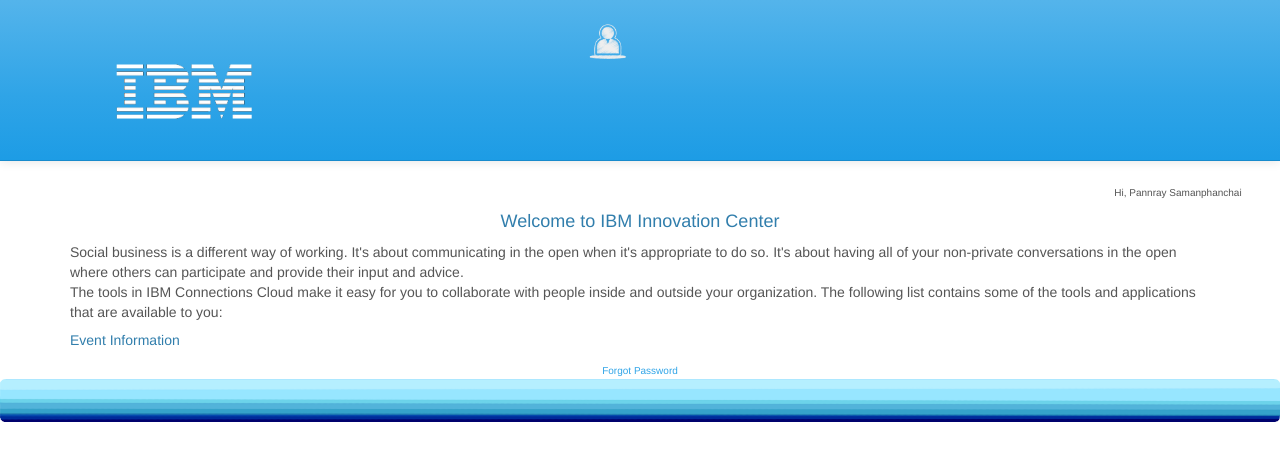
Repository: InnovationCenterOrg/InnovationCustomer
Page: http://localhost/InnovationCustomer/view/test.jsp
An editor plug-in stored every save of this project. The page is shown before and after the next save, followed by the edit.
The browser window is 1280 px wide. The pictures show the whole page.
Some web libraries are served in a nearby version. The page is served by Tomcat 9.

Above is the page before, as saved 2016-03-03 04:27:49.

After the next save:
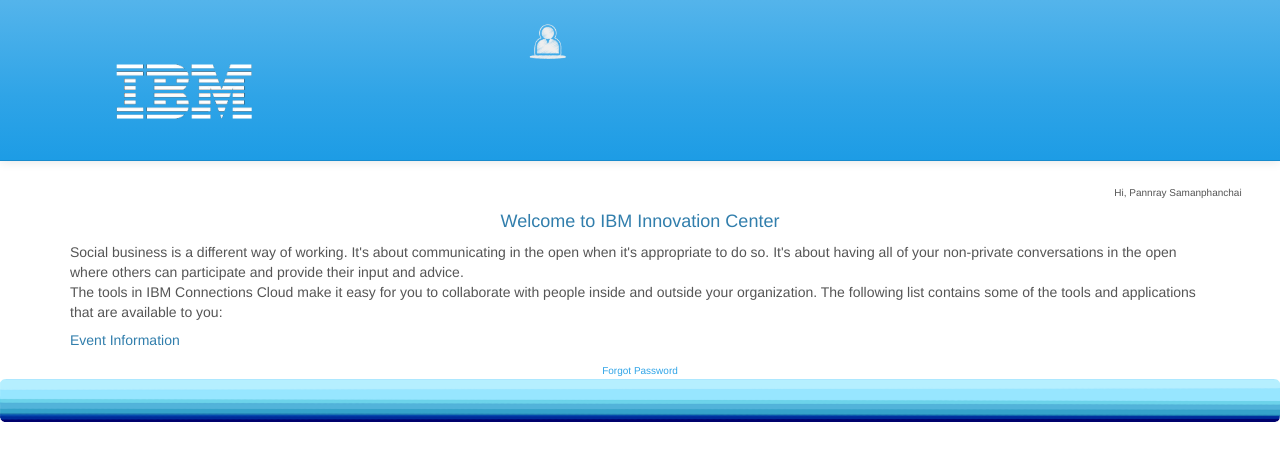
Saved 22 s later.
--- a/InnovationCustomer/WebContent/view/test.jsp
+++ b/InnovationCustomer/WebContent/view/test.jsp
@@ -23,7 +23,7 @@
 				<img style="margin-top: 2%;" align="left" class="img-responsive" src="logo-ibm-white.png" width="20%" height="20%"/>
 			</a>
 			</div>
-			<div align="right" style="width: 50%;">
+			<div style="width: 50%;">
 			  	<a class="btn dropdown-toggle" data-toggle="dropdown" href="#">
 			    	<img style="margin-top: 5%" align="right" class="img-responsive" src="profile_icon_3.ico" width="15%" height="15%"/>
 			 	 </a>
